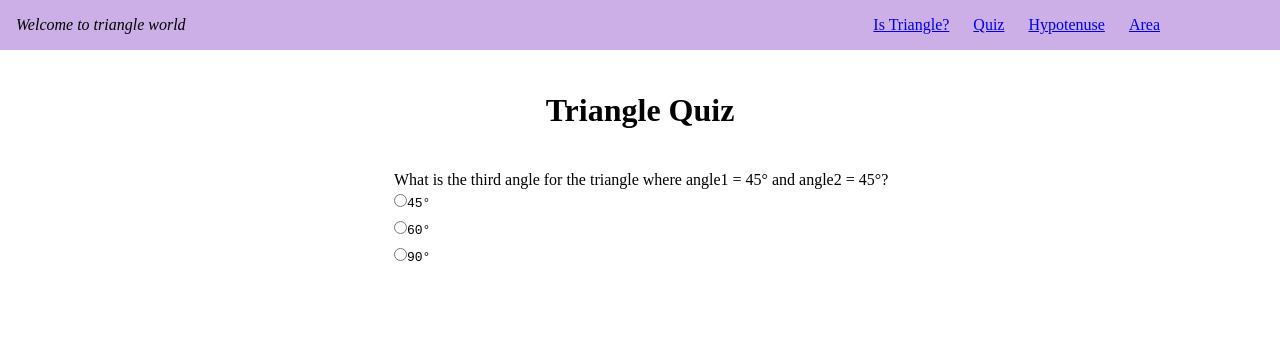
Repository: patelamancode/Fun-with-trianles
Page: quiz.html
The author's editor kept a copy of each file at every save. The page is drawn from the files as they stood at one save, then again after the next save.
The browser window is 1280 px wide. The pictures show the whole page.

Above is the page before, as saved 2022-11-28 19:10:25.
Console error: TypeError: Cannot read properties of null (reading 'addEventListener')

After the next save:
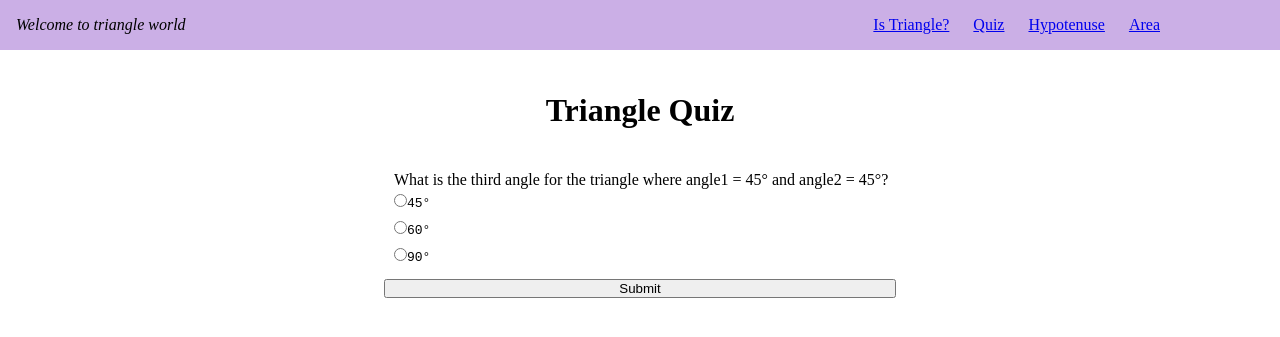
Saved 4 min 52 s later.
--- a/quiz.html
+++ b/quiz.html
@@ -27,6 +27,7 @@
                 <label for="value3" class="quiz-option"><input type="radio" name="question1" />90°</label>
             </div>
         </form>
+        <button id="submit">Submit</button>
     </div>
     <script src="index.js"></script>
 </body>
